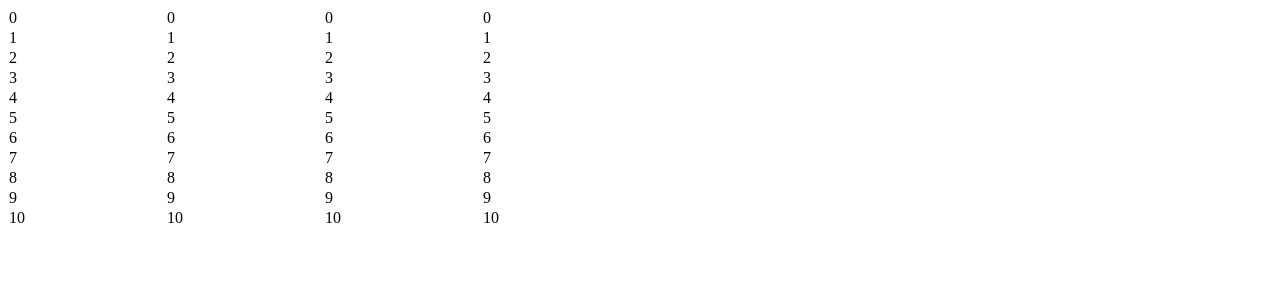
Repository: zhyuk/FullStackStudy
Page: http://localhost/jspfirst/03_02_scriptlet02.jsp
An editor plug-in stored every save of this project. The page is shown before and after the next save, followed by the edit.
The browser window is 1280 px wide. The pictures show the whole page.
The page is served by Tomcat 9. Other server files are loaded and not shown.

Above is the page before, as saved 2024-08-26 03:42:53.

### jsp/jspwork/jspfirst/src/main/webapp/03_02_scriptlet02.jsp
<%@ page language="java" contentType="text/html; charset=UTF-8"
    pageEncoding="UTF-8"%>
<!DOCTYPE html>
<html>
<head>
<meta charset="UTF-8">
<title>Scripting Tag</title>
<style>
table {border-collapse: collapse; width: 50%;}

</style>
</head>
<body>
	<table>
	<% for(int i = 0; i <= 10; i++){%>
		<tr><td><%= i %></td><td><%= i %></td><td><%= i %></td><td><%= i %></td></tr>
	<%} %>
	</table>
</body>
</html>

After the next save:
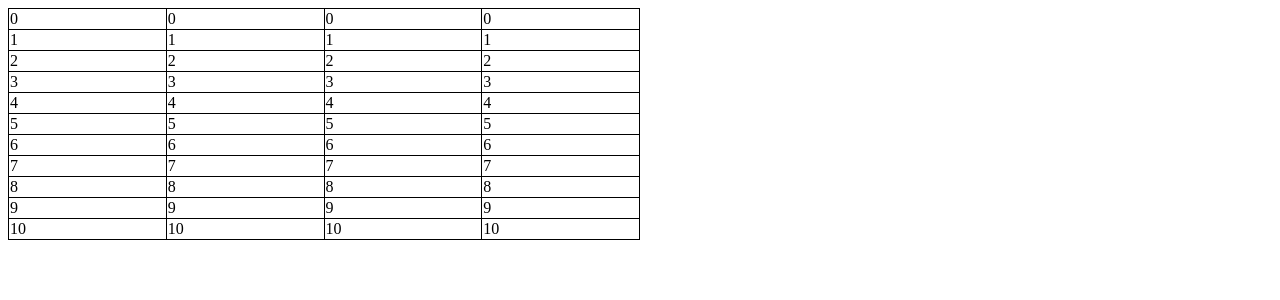
Saved 11 s later.
--- a/jsp/jspwork/jspfirst/src/main/webapp/03_02_scriptlet02.jsp
+++ b/jsp/jspwork/jspfirst/src/main/webapp/03_02_scriptlet02.jsp
@@ -7,7 +7,7 @@
 <title>Scripting Tag</title>
 <style>
 table {border-collapse: collapse; width: 50%;}
-
+td {border: 1px solid #000;}
 </style>
 </head>
 <body>
